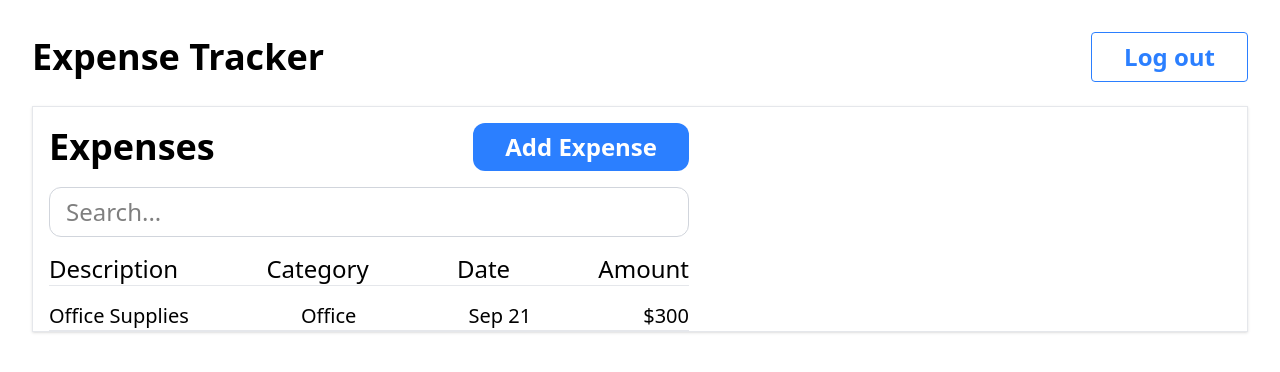
Repository: Syed-Mohsin-Ali786/frontend-expense-tracker
Page: /
An editor plug-in stored every save of this project. The page is shown before and after the next save, followed by the edit.
The browser window is 1280 px wide. The pictures show the whole page.
The project was rebuilt for these pictures with package versions that can differ from the ones it lists, and the page was loaded fresh each time.

Above is the page before, as saved 2025-09-28 20:43:27.

After the next save:
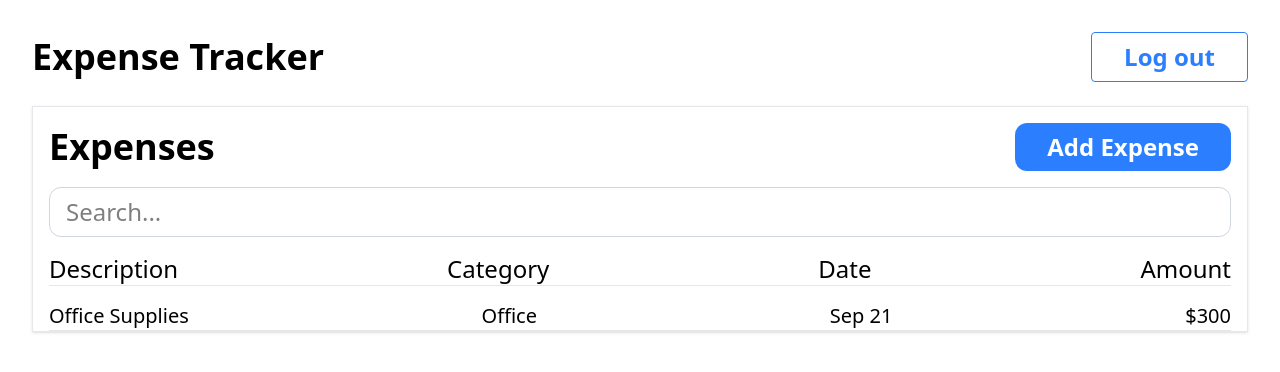
Saved 12 h 49 min later.
--- a/src/App.tsx
+++ b/src/App.tsx
@@ -14,7 +14,7 @@ function App() {
       {/* The main page */}
       <section className="mt-6 shadow border-gray-200 border px-4">
         {/* Expenses */}
-        <div className="flex flex-col w-[50vw] justify-between mt-4 ">
+        <div className="flex flex-col justify-between mt-4 ">
           <div className="flex justify-between items-center ">
             <h1 className="text-4xl  font-semibold">Expenses</h1>
             <button className="cursor-pointer hover:bg-blue-600 bg-blue-500  py-2 px-3 md:px-6 lg:px-8 rounded-[12px] font-semibold text-[#ffff] text-2xl">
